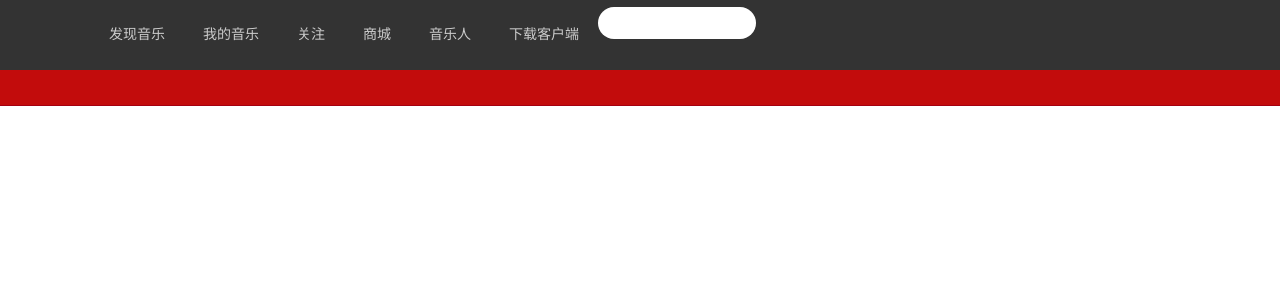
Repository: xtcgjk/-
Page: /
The author's editor kept a copy of each file at every save. The page is drawn from the files as they stood at one save, then again after the next save.
The browser window is 1280 px wide. The pictures show the whole page.
The project was rebuilt for these pictures with package versions that can differ from the ones it lists, and the page was loaded fresh each time.

Above is the page before, as saved 2022-02-23 16:24:38.

### index.html
<!DOCTYPE html>
<html>
  <head>
    <meta charset="utf-8" />
    <meta name="viewport" content="width=device-width,initial-scale=1.0" />
    <title>vue-music</title>
  </head>
  <body>
    <div id="app"></div>
    <!-- built files will be auto injected -->
  </body>
</html>
<style>
  body {
    margin: 0;
    padding: 0;
  }
</style>

### src/main.js
// The Vue build version to load with the `import` command
// (runtime-only or standalone) has been set in webpack.base.conf with an alias.
import Vue from "vue";
import App from "./App";
import router from "./routers";
import http from "./axios/index";
import ElementUI from "element-ui";
import "element-ui/lib/theme-chalk/index.css";

Vue.use(ElementUI);
Vue.prototype.$http = http;

/* eslint-disable no-new */
new Vue({
  el: "#app",
  router,
  components: { App },
  template: "<App/>"
});

### src/App.vue
<template>
  <div id="app">
    <router-view></router-view>
  </div>
</template>

<script>
export default {
  name: "App",
  components: {},
};
</script>

<style>
/* #app {
  font-family: "Avenir", Helvetica, Arial, sans-serif;
  -webkit-font-smoothing: antialiased;
  -moz-osx-font-smoothing: grayscale;
  text-align: center;
  color: #2c3e50;
  margin-top: 60px;
} */
</style>

### src/routers/index.js
import Vue from "vue";
import VueRouter from "vue-router";
Vue.use(VueRouter);
const router = new VueRouter({
  mode: "history",
  routes: [
    {
      path: "/",
      redirect: "/music"
    },
    {
      path: "/music",
      component: () => import("@/views/music")
    }
  ]
});

export default router;

### src/axios/index.js
function http(userOptions) {
  console.log("成功了");
}

### src/views/music/index.vue
<template>
  <div id="container">
    <div></div>
    <Header />
    <Header2 />
  </div>
</template>

<script>
import Header from "../../components/header";
import Header2 from "../../components/header2";
export default {
  components: {
    Header,
    Header2,
  },
};
</script>
<style scoped>
</style>

### src/components/header/index.vue
<template>
  <div id="wrapper">
    <div id="header">
      <router-link to="">发现音乐</router-link>
      <router-link to="">我的音乐</router-link>
      <router-link to="">关注</router-link>
      <router-link to="">商城</router-link>
      <router-link to="">音乐人</router-link>
      <router-link to="">下载客户端</router-link>
      <div id="search"></div>
    </div>
  </div>
</template>

<script>
export default {
  name: "Header",
  data() {
    return {};
  },
};
</script>
<style scoped>
#wrapper {
  background-color: #333;
}
#header {
  width: 1100px;
  height: 70px;
  background-color: #333;
  margin: auto;
}
a {
  text-decoration: none;
  color: #ccc;
  font-style: normal;
  font-size: 14px;
  height: 70px;
  line-height: 70px;
  display: inline-block;
  padding: 0 19px;
}
#search {
  width: 158px;
  height: 32px;
  background-color: #fff;
  border-radius: 32px;
  display: inline-block;
}
</style>

### src/components/header2/index.vue
<template>
  <div id="header2"></div>
</template>
<script>
export default {
  name: "Header2",
  data() {
    return {};
  },
};
</script>
<style scoped>
#header2 {
  height: 35px;
  background-color: #c20c0c;
  border-bottom: 1px solid #a40011;
}
</style>

After the next save:
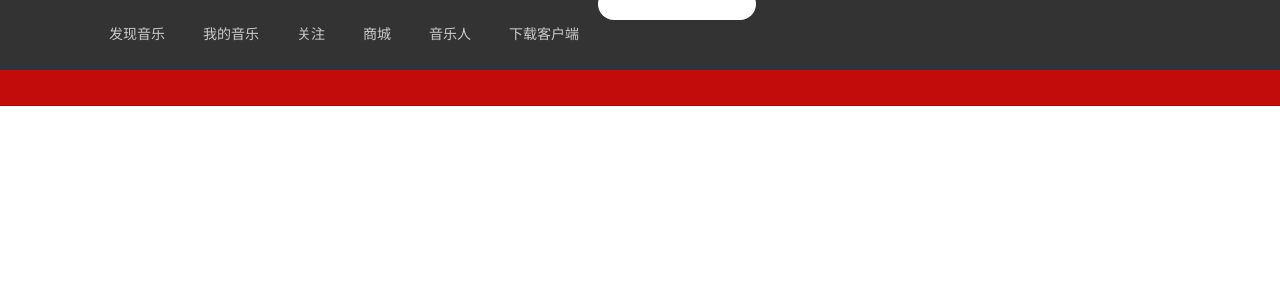
Saved 42 s later.
--- a/src/components/header/index.vue
+++ b/src/components/header/index.vue
@@ -46,5 +46,7 @@ a {
   background-color: #fff;
   border-radius: 32px;
   display: inline-block;
+  position: relative;
+  top: -19px;
 }
 </style>
